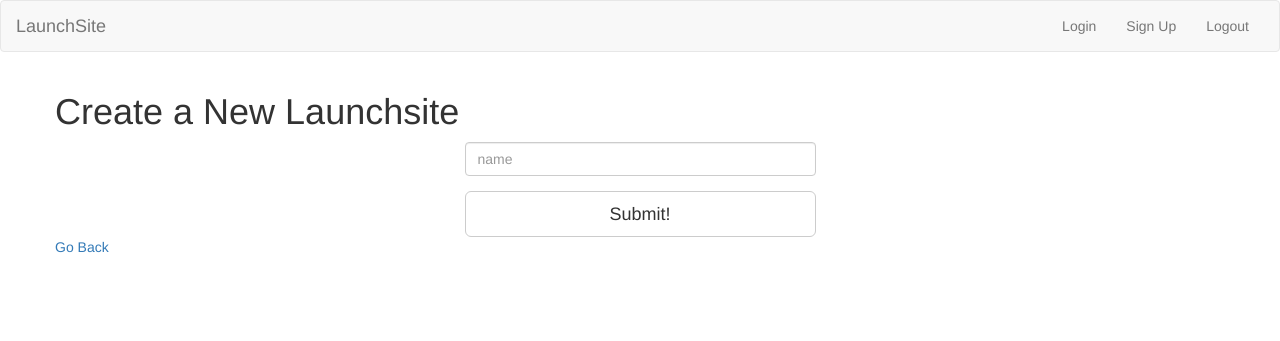
Repository: Oscar6/Udemy-workspace
Page: http://localhost/launchsite/new
The author's editor kept a record of every edit. The page is drawn from the files as they stood at one moment, then again after the next edit.
The browser window is 1280 px wide. The pictures show the whole page.
The page is served by the project's Node server (YelpCamp/v1/app.js).

Above is the page before.

After the next edit:
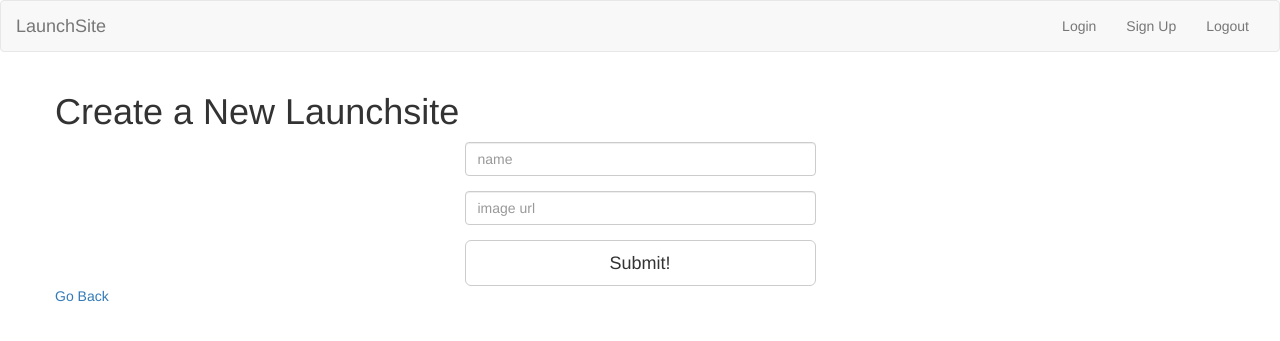
The edit:
--- a/YelpCamp/v1/views/new.ejs
+++ b/YelpCamp/v1/views/new.ejs
@@ -8,7 +8,7 @@
                 <input class="form-control" type="text" name="name" placeholder="name">
             </div>
             <div class="form-group">
-
+                <input class="form-control" type="text" name="image" placeholder="image url">
             </div>
             <div class="form-group">
 
